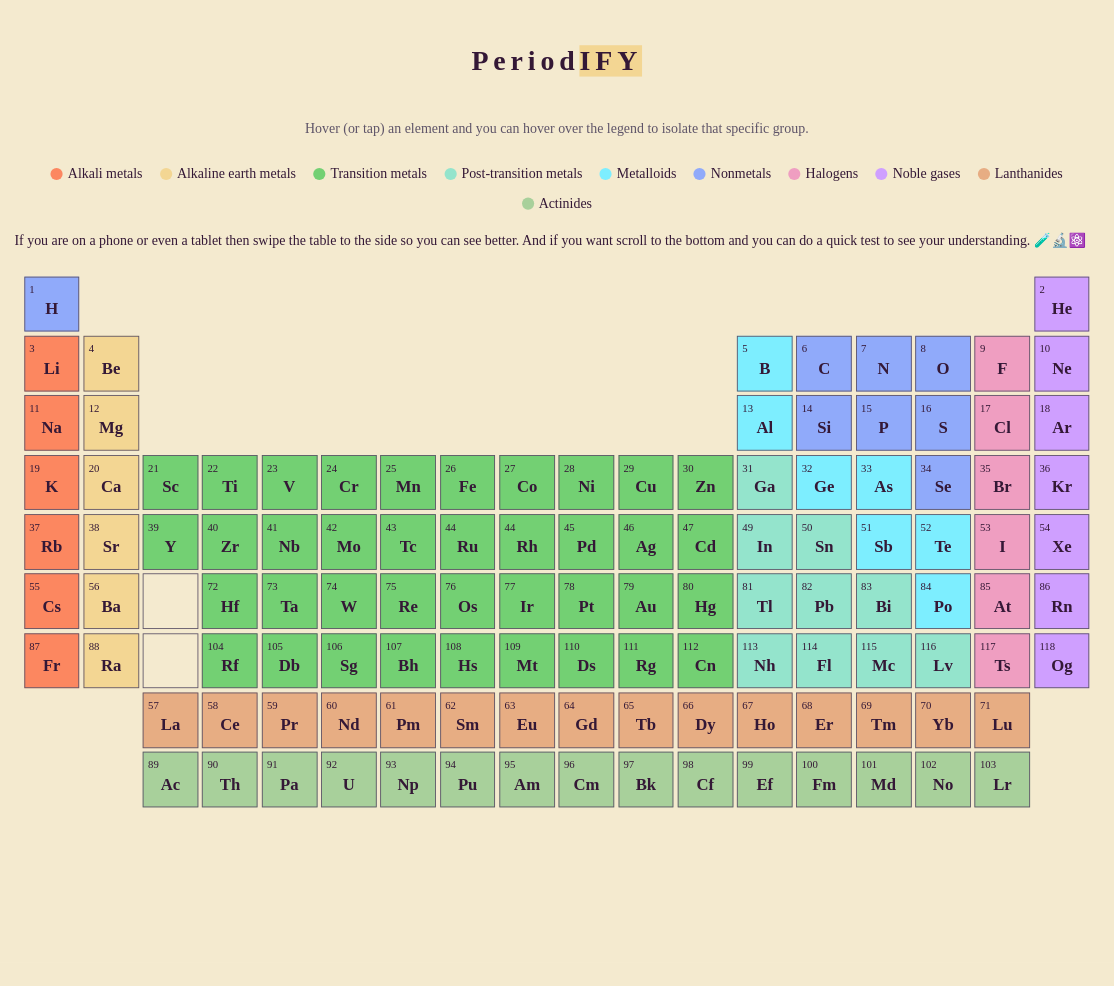
Repository: manayparikh1/Periodify
Page: index.html
These files come from the project's save history. The page is drawn as it stood at one moment and after the next save; the edit follows.
The browser window is 1280 px wide. The pictures show the whole page, at 87% of full size.

Above is the page before, as saved 2026-10-19 19:55:24.

After the next save:
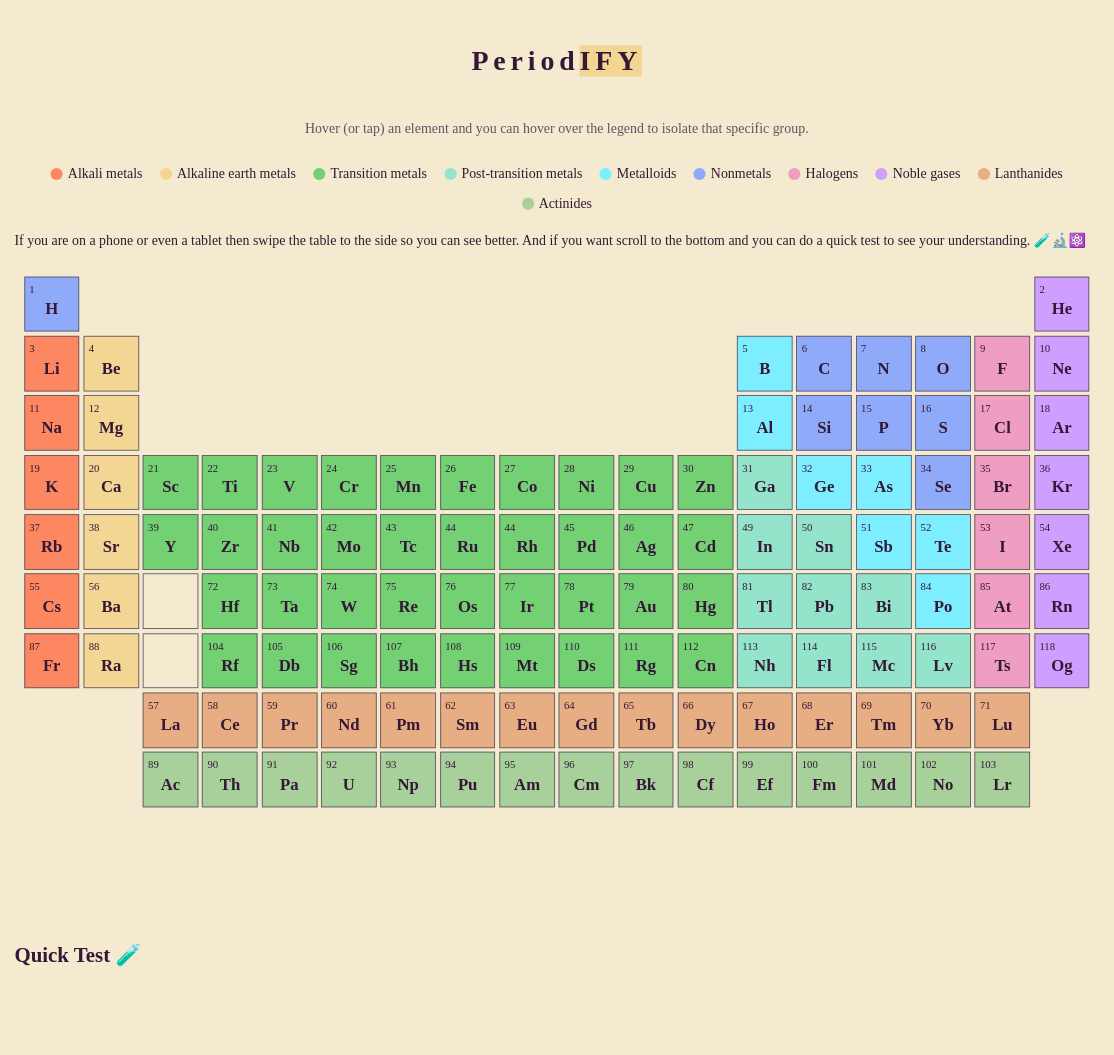
Saved 2 min 1 s later.
--- a/index.html
+++ b/index.html
@@ -174,6 +174,16 @@
         </div>
     </div>
 
+    <!-- === The quiz part === -->
+    <section class="quiz">
+        <h2>Quick Test 🧪</h2>
+        <p id="quiz-q"></p>
+        <div id="quiz-choices"></div>
+        <p id="quiz-feedback"></p>
+        <button id="quiz-next" hidden>Next question</button>
+        <p id="quiz-score"></p>
+    </section>
+
     <!-- the HTML ENDS here and css starts=== -->
     <style>
         :root {
@@ -365,3 +375,5 @@
             border-radius: 50%;
             background: var(--c);
         }
+
+        /*the quiz function*/
